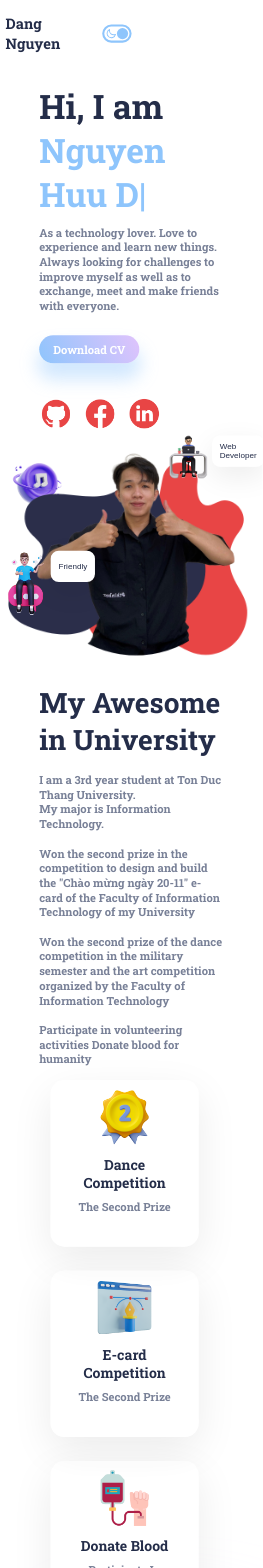
Repository: huudang2840/my_portfolio
Page: /
The author's editor kept a copy of each file at every save. The page is drawn from the files as they stood at one save, then again after the next save.
The browser window is 375 px wide. The pictures show the part of the page from y = 0 to 2240 px (the page is 5728 px tall), at 70% of full size.
The project was rebuilt for these pictures with package versions that can differ from the ones it lists, and the page was loaded fresh each time.

Above is the page before, as saved 2022-06-12 01:06:28.

### public/index.html
<!DOCTYPE html>
<html lang="en">
  <head>
    <meta charset="utf-8" />
    <meta name="viewport" content="width=device-width, initial-scale=1" />
    <meta name="theme-color" content="#000000" />
    <meta name="description" content="Web site created using create-react-app" />
    <link rel="preconnect" href="https://fonts.googleapis.com" />
    <link rel="preconnect" href="https://fonts.gstatic.com" crossorigin />
    <link
      href="https://fonts.googleapis.com/css2?family=Roboto+Slab:wght@700&display=swap"
      rel="stylesheet"
    />
    <style>
      * {
        font-family: "Roboto Slab", serif;
        font-weight: normal;
        font-style: 20px;
      }
      body {
        margin: 0;
      }
    </style>
    <!--
      manifest.json provides metadata used when your web app is installed on a
      user's mobile device or desktop. See https://developers.google.com/web/fundamentals/web-app-manifest/
    -->
    <!--
      Notice the use of %PUBLIC_URL% in the tags above.
      It will be replaced with the URL of the `public` folder during the build.
      Only files inside the `public` folder can be referenced from the HTML.

      Unlike "/favicon.ico" or "favicon.ico", "%PUBLIC_URL%/favicon.ico" will
      work correctly both with client-side routing and a non-root public URL.
      Learn how to configure a non-root public URL by running `npm run build`.
    -->
    <title>React App</title>
  </head>
  <body>
    <noscript>You need to enable JavaScript to run this app.</noscript>
    <div id="root"></div>
    <!--
      This HTML file is a template.
      If you open it directly in the browser, you will see an empty page.

      You can add webfonts, meta tags, or analytics to this file.
      The build step will place the bundled scripts into the <body> tag.

      To begin the development, run `npm start` or `yarn start`.
      To create a production bundle, use `npm run build` or `yarn build`.
    -->
  </body>
</html>

### src/Components/Navbar/Navbar.jsx
import React from "react";
import "./Navbar.css";
import Toggle from "../Toggle/Toggle";
import { Link } from "react-scroll";

const Navbar = () => {
  return (
    <div className="n-wrapper">
      <div className="n-left">
        <div className="n-name">Dang Nguyen</div>
        <Toggle />
      </div>
      <div className="n-right">
        <div className="n-list">
          <ul style={{ listStyle: "none" }}>
            <Link spy={true} to="Navbar" smooth={true} activeClass="activeClass">
              <li className="n-item">Home</li>
            </Link>
            <Link spy={true} to="Introduce" smooth={true}>
              <li className="n-item">Introduce</li>
            </Link>
            <Link spy={true} to="Skills" smooth={true}>
              <li className="n-item">Skills</li>
            </Link>
            <Link spy={true} to="Project" smooth={true}>
              <li className="n-item">Projects</li>
            </Link>
          </ul>
        </div>
        <Link spy={true} to="Contact" smooth={true}>
          <button className="button n-button">Contact</button>
        </Link>
      </div>
    </div>
  );
};

export default Navbar;

### src/App.css
:root {
  --yellow: #f5c32c;
  --orange: #fca61f;
  --black: #242d49;
  --gray: #788097;
  --blue: #8ec5fc;
  --blueCard2: #6eb2f7;
  --blueCard: #ddf8fe;
  --purple: rgb(238 210 255);
  --boxShadow: 0px 19px 60px rgb(0 0 0 / 8%);
  --orangeCard: rgba(252, 166, 31, 0.45);
  --smboxShadow: -79px 51px 60px rgba(0, 0, 0, 0.08);
}

.App {
  padding: 0.5rem 3.5rem;
  overflow: hidden;
  color: var(--black);
}

.button {
  border-radius: 34px;
  border: none;
  color: white;
  font-size: 16px;
  padding: 10px 20px;
  background: linear-gradient(62deg, #8ec5fc 0%, #e0c3fc 100%);
  box-shadow: 0px 20px 24px 3px #8ec5fc65;
}

.button:hover {
  background: white;
  cursor: pointer;
  color: var(--blue);
  border: 1px solid var(--blue);
}

@media screen and (max-width: 480px) {
  .App {
    padding: 0.5rem;
  }
}

### src/Components/Introduce/Introduce.jsx
import React from "react";
import "./Introduce.css";
import Card from "../Card/Card";

import Blood from "../../img/blood.png";
import Web from "../../img/web.png";
import secondPrize from "../../img/2nd.png";

import { motion } from "framer-motion";

import { themeContext } from "../../Context";
import { useContext } from "react";

const Introduce = () => {
  const theme = useContext(themeContext);
  const darkMode = theme.state.darkMode;
  const transition = { duration: 2, type: "spring" };

  return (
    <div className="introduce" id="Introduce">
      {/* Bên trái */}
      <div className="infor">
        <span style={{ color: darkMode ? "white" : "" }}>My Awesome</span>
        <span>in University</span>
        <span>
          <br />
          I am a 3rd year student at Ton Duc Thang University.
          <br />
          My major is Information Technology.
          <br />
          <br />
          Won the second prize in the competition to design and build the "Chào mừng ngày 20-11"
          e-card of the Faculty of Information Technology of my University
          <br />
          <br />
          Won the second prize of the dance competition in the military semester and the art
          competition organized by the Faculty of Information Technology
          <br />
          <br />
          Participate in volunteering activities Donate blood for humanity
        </span>
      </div>
      {/* Bên phải */}
      <div className="cards">
        {/* Thẻ 1 */}
        <motion.div
          initial={{ right: "30%" }}
          whileInView={{ left: "20rem" }}
          style={{ top: "0" }}
          transition={transition}
        >
          <Card emoij={secondPrize} heading={"Dance Competition"} detail={"The Second Prize"} />
        </motion.div>
        {/* Thẻ 2 */}
        <motion.div
          initial={{ left: "-30%" }}
          whileInView={{ left: "1rem" }}
          style={{ top: "12rem" }}
          transition={transition}
        >
          <Card emoij={Web} heading={"E-card Competition"} detail={"The Second Prize"} />
        </motion.div>
        {/* Thẻ 3 */}
        <motion.div
          initial={{ right: "10%" }}
          whileInView={{ left: "19rem" }}
          style={{ top: "19rem" }}
          transition={transition}
        >
          <Card
            emoij={Blood}
            heading={"Donate Blood"}
            detail={"Participate In Volunteering Activities"}
          />
        </motion.div>

        <div
          className="blur in-blur-2"
          style={{ background: "var(--purple)", height: "20rem" }}
        ></div>
      </div>
    </div>
  );
};

export default Introduce;

### src/Components/Skills/Skill.jsx
import React from "react";
import "./Skill.css";

import html from "../../img/html.png";
import css from "../../img/css.png";
import js from "../../img/js.png";
import react from "../../img/react.png";
import nodejs from "../../img/nodejs.png";

import java from "../../img/java.png";
import sql from "../../img/sql.png";
import mongo from "../../img/mongoDB.png";

import { motion } from "framer-motion";
import { Link } from "react-scroll";
import { themeContext } from "../../Context";
import { useContext } from "react";

const Skill = () => {
  const transition = { duration: 3, type: "spring" };
  const theme = useContext(themeContext);
  const darkMode = theme.state.darkMode;

  return (
    <div className="skill" id="Skills">
      {/* Bên trái */}
      <div className="infor">
        <span style={{ color: darkMode ? "white" : "" }}>Technical</span>
        <span>Skills</span>
        <span>
          <br />
          <b style={{ color: darkMode ? "white" : "black" }}>Development: </b>
          <br />
          HTML, CSS, JavaScript, Nodejs, Reactjs, Java
          <br />
          <br />
          <b style={{ color: darkMode ? "white" : "black" }}>Database: </b>
          <br />
          MongoDB, SQL
          <br />
        </span>
        <Link spy={true} to="Contact" smooth={true}>
          <button className="button in-button">Contact</button>
        </Link>
      </div>
      {/* Bên phải */}

      <div className="sk-right">
        <motion.div
          initial={{ rotate: 60 }}
          whileInView={{ rotate: 0 }}
          viewport={{ margin: "-40px" }}
          transition={{ duration: 3.5, type: "spring" }}
          className="sk-mainCircle"
        >
          <div className="sk-secCircle">
            <img src={css} alt="" />
          </div>
          <div className="sk-secCircle">
            <img src={html} alt="" />
          </div>
          <div className="sk-secCircle">
            <img src={js} alt="" />
          </div>
          <div className="sk-secCircle">
            <img src={react} alt="" />
          </div>
          <div className="sk-secCircle">
            <img src={nodejs} alt="" />
          </div>
        </motion.div>
        {/* bg Circle */}
        <div className="sk-backCircle blueCircle"></div>
        <div className="sk-backCircle redCircle"></div>
        <motion.img
          initial={{ top: "-10%", left: "40%" }}
          whileInView={{ top: "25%", left: "-18%" }}
          transition={transition}
          src={java}
          alt=""
        />
        <motion.img
          initial={{ top: "0%", left: "30%" }}
          whileInView={{ top: "55%", left: "5%" }}
          transition={transition}
          src={sql}
          alt=""
        />
        <motion.img
          initial={{ top: "-10%", left: "50%" }}
          whileInView={{ top: "-5%", left: "10%" }}
          transition={transition}
          src={mongo}
          alt=""
        />
      </div>
    </div>
  );
};

export default Skill;

### src/Components/Project/Project.jsx
import React from "react";
import "./Project.css";
import { Swiper, SwiperSlide } from "swiper/react";
import eCard from "../../img/20-11.png";
import musicApp from "../../img/music-app.png";
import shopeeClone from "../../img/shopee_clone.png";

import "swiper/swiper-bundle.min.css";
import "swiper/swiper.min.css";

import { themeContext } from "../../Context";
import { useContext } from "react";

import ProjectCard from "../ProjectCard/ProjectCard";

const Project = () => {
  const theme = useContext(themeContext);
  const darkMode = theme.state.darkMode;
  const widthScreen = window.screen.availWidth;
  const projects = [
    {
      title: "E-Card 'Chào Mừng 20-11'",
      link: "https://sixters19050401.github.io/",
      img: eCard,
    },
    {
      title: "Music App",
      link: "https://huudang2840.github.io/music-player/",
      img: musicApp,
    },
    {
      title: "Shopee Clone UI",
      link: "https://huudang2840.github.io/shopee_clone/",
      img: shopeeClone,
    },
  ];

  return (
    <div className="project" id="Project">
      {/* Heading */}
      <span style={{ color: darkMode ? "white" : "" }}>
        My <span style={{ color: "var(--redPrimary)" }}>Projects</span>
      </span>

      {/* Slider */}

      <Swiper
        height={30}
        spaceBetween={30}
        slidesPerView={widthScreen <= 480 ? 1 : 3}
        grabCursor={true}
        className="project-slider"
      >
        {projects.map((p, index) => {
          return (
            <SwiperSlide key={index}>
              <ProjectCard link={p.link} img={p.img} darkMode={darkMode} title={p.title} />
            </SwiperSlide>
          );
        })}
      </Swiper>
    </div>
  );
};

export default Project;

### src/Components/Contact/Contact.jsx
import React, { useRef, useState } from "react";
import "./Contact.css";
import "../Introduce/Introduce";
import emailjs from "@emailjs/browser";
import { themeContext } from "../../Context";
import { useContext } from "react";

const Contact = () => {
  const form = useRef();
  const [done, setDone] = useState(false);

  const theme = useContext(themeContext);
  const darkMode = theme.state.darkMode;

  const sendEmail = (e) => {
    e.preventDefault();

    emailjs.sendForm("service_mpucvz5", "template_bf8vzpv", form.current, "5KF476gcvLuOiv28W").then(
      (result) => {
        console.log(result.text);
        setDone(true);
      },
      (error) => {
        console.log(error.text);
      }
    );
  };

  return (
    <div className="contact" id="Contact">
      {/* Left */}
      <div className="c-left">
        <span style={{ color: darkMode ? "white" : "" }}>Get in touch</span>
        <span>Contact me</span>
        <div className="blur c-blur1" style={{ background: "#ABF1FF94" }}></div>
      </div>
      {/* Right */}

      <div className="c-right">
        <form ref={form} onSubmit={sendEmail}>
          <input className="user" type="text" name="user_name" placeholder="Name" />
          <input className="user" type="email" name="user_email" placeholder="Email" />
          <textarea className="user" type="text" name="message" placeholder="Message" />
          <input type="submit" value="Send" className="button" />
          <span className="c-thanks">{done && "Thank you, I got your email! <3"}</span>
          <div className="blur c-blur1" style={{ background: "var(--purple)" }}></div>
        </form>
      </div>
    </div>
  );
};

export default Contact;

### src/Components/Footer/Footer.jsx
import React from "react";
import "./Footer.css";

import Facebook from "@iconscout/react-unicons/icons/uil-facebook";
import Github from "@iconscout/react-unicons/icons/uil-github";
import Email from "@iconscout/react-unicons/icons/uil-envelope";
import LinkedIn from "@iconscout/react-unicons/icons/uil-linkedin";

const Footer = () => {
  return (
    <div className="footer">
      <div className="f-content">
        <span>dangnguyen2842@gmail.com</span>
        <div className="f-icons">
          <a
            target="_blank"
            rel="noreferrer"
            href="mailto:dangnguyen2842@gamil.com?"
            style={{ color: "white" }}
          >
            <Email size="3rem"></Email>
          </a>
          <a
            target="_blank"
            rel="noreferrer"
            href="https://www.facebook.com/dangdang.28/"
            style={{ color: "white" }}
          >
            <Facebook size="3rem"></Facebook>
          </a>
          <a
            target="_blank"
            rel="noreferrer"
            href="https://github.com/huudang2840"
            style={{ color: "white" }}
          >
            <Github size="3rem"></Github>
          </a>

          <a
            target="_blank"
            rel="noreferrer"
            href="https://www.linkedin.com/in/đăng-nguyễn-7a4b04240/"
            style={{ color: "white" }}
          >
            <LinkedIn size="3rem"></LinkedIn>
          </a>
        </div>
      </div>
    </div>
  );
};

export default Footer;

### src/Components/Navbar/Navbar.css
.n-wrapper {
  height: 10vh;
  display: flex;
  justify-content: space-between;
}

.n-left {
  flex: 1;
  align-items: center;
  display: flex;
  gap: 2rem;
}

.n-name {
  font-size: 1.3rem;
  font-weight: bold;
}

.n-right {
  display: flex;
  flex: 1;
  align-items: center;
  justify-content: center;
}

.n-list {
  flex: 10;
}

.n-list > ul {
  display: flex;
  gap: 4rem;
  margin-right: 4rem;
  cursor: pointer;
}

.n-item:hover {
  cursor: pointer;
  color: var(--redPrimary);
}

.n-button {
  flex: 2;
}

@media screen and (max-width: 480px) {
  .n-list {
    display: none;
  }
  .n-button {
    display: none;
  }
}

### src/Components/Toggle/Toggle.jsx
import React from "react";
import "./Toggle.css";
import Sun from "@iconscout/react-unicons/icons/uil-sun";
import Moon from "@iconscout/react-unicons/icons/uil-moon";
import { themeContext } from "../../Context";
import { useContext } from "react";

const Toggle = () => {
  const theme = useContext(themeContext);
  const darkMode = theme.state.darkMode;
  const handleClick = () => {
    theme.dispatch({ type: "toggle" });
  };
  return (
    <div className="toggle" onClick={handleClick}>
      <Moon />
      <Sun />
      <div className="t-button" style={darkMode ? { left: "2px" } : { right: "2px" }}></div>
    </div>
  );
};

export default Toggle;

### src/Components/Intro/Intro.css
.intro {
  display: flex;
  height: 77vh;
  margin-top: 10rem;
  padding: 0 3rem 0 3rem;
}
.i-left {
  display: flex;
  position: relative;
  flex: 1;
  flex-direction: column;
  gap: 2rem;
}
.i-name {
  display: flex;
  flex-direction: column;
}

.i-name > :nth-child(1) {
  color: var(--black);
  font-weight: bold;
  font-size: 3rem;
}
.i-name > :nth-child(2) {
  color: var(--blue);
  font-weight: bold;
  font-size: 3rem;
}
.i-name > :nth-child(3) {
  font-weight: 100;
  font-size: 15 px;
  color: var(--gray);
  margin-top: 10px;
  max-width: 80%;
}
.i-button {
  height: 2.5rem;
}
.i-icons {
  margin-top: 1rem;
  display: flex;
  gap: 0rem;
}
.i-icons > a > img {
  margin-right: 15px;
  max-height: 3rem;
}
.i-icons > a > img:hover {
  cursor: pointer;
}
.i-right {
  flex: 1;
  position: relative;
}

.i-right > * {
  position: absolute;
  z-index: 1;
}

.i-right > :nth-child(1) {
  z-index: 2;
  transform: scale(0.9);
  top: -15%;
}

.i-right > :nth-child(2) {
  z-index: 1;
  transform: scale(0.9);
  left: 8rem;
  top: -15%;
}

.i-right > :nth-child(3) {
  z-index: 3;
  transform: scale(0.9);
  left: 3.5rem;
  top: -26%;
}
.i-right > :nth-child(4) {
  transform: scale(0.5);
  border-radius: 50%;
  padding: 0;
}

.blur {
  position: absolute;
  width: 22rem;
  height: 14rem;
  border-radius: 50%;
  background: #edd0ff;
  z-index: -10;
  top: 18%;
  left: 56%;
  filter: blur(72px);
}

@media screen and (max-width: 480px) {
  .intro {
    flex-direction: column;
    margin-top: 2rem;
  }
  .i-right {
    transform: scale(0.8);
    left: -4rem;
  }

  .i-right .blur {
    display: none;
  }

  .i-name > :nth-child(1) {
    font-size: 3rem;
  }
  .i-name > :nth-child(2) {
    font-size: 3rem;
    min-height: 8rem;
  }
  .i-right {
    transform: scale(0.68);
    left: -7rem;
  }
  .i-dev {
    margin-left: 12rem;
  }
  .i-friendly {
    margin-left: 2rem;
    margin-top: 10rem;
  }
  .i-name > :nth-child(3) {
    max-width: 100%;
  }
}

### src/Components/FloatingDiv/FloatingDiv.jsx
import React from "react";
import "./Floating.css";
import { themeContext } from "../../Context";
import { useContext } from "react";

const FloatingDiv = ({ image, txt1 }) => {
  const theme = useContext(themeContext);
  const darkMode = theme.state.darkMode;
  return (
    <div className="f-wrapper">
      <img className="f-img" src={image} alt="" />
      <div className="floatingdiv">
        <span style={{ color: darkMode ? "black" : "" }}>{txt1}</span>
      </div>
    </div>
  );
};

export default FloatingDiv;

### src/Components/Introduce/Introduce.css
.introduce {
  display: flex;
  padding: 0 3rem 0 3rem;
  height: 90vh;
  margin-bottom: 8rem;
  margin-top: 5rem;
}

.infor {
  display: flex;
  flex: 1;
  flex-direction: column;
  position: relative;
}

.infor > :nth-child(1) {
  color: var(--black);
  font-size: 2.5rem;
  font-weight: bold;
}

.infor > :nth-child(2) {
  color: var(--redPrimary);
  font-size: 2.5rem;
  font-weight: bold;
}

.infor > :nth-child(3) {
  color: var(--gray);
  max-width: 80%;
}

.in-button {
  margin-top: 3rem;
  width: 10rem;
  height: 2.5rem;
}

.cards {
  flex: 1;
  position: relative;
}
.cards > * {
  position: absolute;
}
@media screen and (max-width: 480px) {
  .introduce {
    margin-top: 15rem;
    flex-direction: column;
    padding-bottom: 70vh;
  }
  .infor > :nth-child(3) {
    max-width: 100%;
  }
  .cards {
    display: flex;
    flex-direction: column;
    margin-top: 20px;
    margin-left: 1rem;
    gap: 17rem;
  }
  .cards > * {
    position: static;
  }
}

### src/Components/Card/Card.jsx
import React from "react";
import "./Card.css";

const Card = ({ emoij, heading, detail }) => {
  return (
    <div className="card">
      <img src={emoij} alt="" />
      <span>{heading}</span>
      <span>{detail}</span>
    </div>
  );
};

export default Card;

### src/Components/Skills/Skill.css
.skill {
  padding: 0 3rem 0 3rem;
  display: flex;
  height: 90vh;
  margin-top: 4rem;
}

.sk-right {
  flex: 1;
  position: relative;
}
.sk-right > img {
  position: absolute;
  max-width: 6rem;
}

.sk-mainCircle {
  left: 9rem;
  position: relative;
  width: 18rem;
  height: 18rem;
  border-radius: 100%;
  box-shadow: var(--smboxShadow);
  top: 2rem;
  background: white;
  z-index: 3;
}
.sk-mainCircle > * {
  position: absolute;
}

.sk-mainCircle > :nth-child(1) {
  top: -3rem;
  left: 6rem;
}

.sk-mainCircle > :nth-child(2) {
  top: 6rem;
  left: -2rem;
}
.sk-mainCircle > :nth-child(3) {
  top: 6rem;
  left: 6rem;
}
.sk-mainCircle > :nth-child(4) {
  top: 15rem;
  left: 5rem;
}

.sk-mainCircle > :nth-child(5) {
  top: 6rem;
  left: 13rem;
}

.sk-secCircle img {
  max-width: 4.7rem;
}
.sk-secCircle {
  width: 6rem;
  height: 6rem;
  position: absolute;
  border-radius: 100%;
  border: 1px solid #ebebeb;
  display: flex;
  align-items: center;
  justify-content: center;
  background: white;
  z-index: 3;
}

.sk-backCircle {
  position: absolute;
  height: 13rem;
  width: 13rem;
  z-index: 2;
  border-radius: 100%;
}
.blueCircle {
  background: var(--bluePrimary);
  left: 18rem;
  top: 0rem;
  z-index: 1;
}

.redCircle {
  background: var(--redPrimary);
  left: 18rem;
  z-index: 1;
  top: 8rem;
}
@media screen and (max-width: 480px) {
  .skill {
    flex-direction: column;
  }
  .sk-right {
    transform: scale(0.75);
  }
  .sk-mainCircle {
    left: 5rem;
  }
  .blueCircle {
    left: 14rem;
  }
  .redCircle {
    left: 14rem;
  }
}

### src/Components/Project/Project.css
.project {
  display: flex;
  align-items: center;
  justify-content: center;
  flex-direction: column;
  height: 70vh;
  padding-bottom: 10rem;
}

.project span:nth-child(1) {
  color: var(--black);
  font-size: 2.5rem;
  font-weight: bold;
}

.project .swiper {
  overflow: hidden !important;
}

.project-slider {
  margin-top: 3rem;
  width: 100%;
}

.project-slider .swiper-slide {
  width: 25rem;
}

.project img {
  width: 25rem;
  filter: drop-shadow(-12px 15px 13px rgba(0, 0, 0, 0.25));
  border-radius: 25px;
}

### src/Components/ProjectCard/ProjectCard.jsx
import React from "react";
import "./ProjectCard.css";

const ProjectCard = ({ link, img, darkMode, title }) => {
  return (
    <div className="p-wrapper">
      <a href={link} target="_blank" rel="noreferrer">
        <img src={img} alt="" style={{ height: "225px" }} />
      </a>
      <span style={{ color: darkMode ? "white" : "" }}>{title}</span>
    </div>
  );
};

export default ProjectCard;

### src/Components/Comment/Comment.css
.c-wapper {
  padding: 0 3rem 0 3rem;
  height: 100vh;
  display: flex;
  align-items: center;
  justify-content: center;
  margin-top: 7rem;
  flex-direction: column;
  gap: 2rem;
  position: relative;
}
.c-heading {
  align-self: start;
}
.c-heading > * {
  font-size: 2rem;
  font-weight: bold;
}
.c-heading span:nth-of-type(2) {
  color: var(--blue);
}

.c-blur1 {
  left: 55rem;
  top: 20rem;
}
.c-blur2 {
  top: 10rem;
  left: 0;
}
.comment {
  display: flex;
  flex-direction: column;
  align-items: center;
  justify-content: space-evenly;
  padding: 2rem;
  width: 40rem;
  height: 20rem;
  background: rgba(255, 255, 255, 0.26);
  border: 7px solid var(--blueCard);
  box-shadow: var(--boxShadow);
  border-radius: 20px;
}
.comment > img {
  width: 6rem;
  height: 6rem;
  border-radius: 100%;
}
.comment > span {
  color: var(--gray);
}

.c-wapper .swiper-container {
  width: 100%;
  height: 70%;
}

.c-wapper .swiper-slide {
  display: flex;
  align-items: center;
  justify-content: center;
}

.c-wapper .swiper-pagination-bullet-active {
  background: var(--blue);
}

### src/Components/Contact/Contact.css
.contact {
  padding: 0 3rem;
  display: flex;
  height: 80vh;
  margin-top: 5rem;
}

.c-left {
  display: flex;
  flex-direction: column;
  position: relative;
}

.c-left span:nth-child(1) {
  color: var(--black);
  font-size: 3rem;
  font-weight: bold;
}

.c-left span:nth-child(2) {
  color: var(--blue);
  font-size: 3rem;
  font-weight: bold;
}

.c-right {
  display: flex;
  justify-content: center;
  position: relative;
  flex: 1;
}

.c-right > form {
  display: flex;
  flex-direction: column;
  gap: 2rem;
  align-items: center;
}

.c-right .user {
  width: 20rem;
  height: 2rem;
  padding: 0.3rem;
  outline: none;
  border: 2px solid var(--blue);
  border-radius: 8px;
  font-size: 16px;
}

textarea {
  height: 4rem !important;
}

.c-blur1 {
  top: 5rem;
  left: 8rem;
}

.c-thanks {
  color: var(--redPrimary) !important;
  font-size: 20px;
}

@media screen and (max-width: 480px) {
  .contact {
    flex-direction: column;
    gap: 2rem;
  }
  .c-left > span:nth-child(1) {
    font-size: 40px;
  }
}

### src/Components/Footer/Footer.css
.footer {
  display: flex;
  height: 30vh;
  background: var(--bluePrimary);
  align-items: center;
  margin: -0.5rem -3.5rem;
  position: relative;
  margin-top: 7rem;
}

.f-content {
  position: absolute;
  display: flex;
  align-items: center;
  justify-content: center;
  flex-direction: column;
  width: 100%;
  gap: 2rem;
  color: white;
}

.f-icons {
  display: flex;
  width: 15rem;
  justify-content: space-around;
}
@media screen and (max-width: 480px) {
  .footer {
    height: 20vh;
  }
}

### src/Components/Toggle/Toggle.css
.toggle {
  display: flex;
  justify-content: space-between;
  border: 3px solid var(--blue);
  border-radius: 1rem;
  position: relative;
  padding: 2px;
  cursor: pointer;
}

.toggle > * {
  width: 1rem;
  height: 1rem;
  color: var(--blue);
}

.t-button {
  border-radius: 100%;
  background-color: var(--blue);
  position: absolute;
}

### src/Components/FloatingDiv/Floating.css
.f-wrapper {
  display: flex;
}
.floatingdiv {
  display: flex;
  height: 4rem;
  width: 100%;
  background: white;
  box-shadow: var(--boxShadow);
  border-radius: 17px;
  align-items: center;
  padding: 1px 16px;
  margin-left: 10px;
}

.f-img {
  max-width: 5rem;
}

.floatingdiv > span {
  font-family: sans-serif;
  font-size: 17px;
}

### src/Components/Card/Card.css
.card {
  width: 10rem;
  height: 13rem;
  position: absolute;
  display: flex;
  flex-direction: column;
  align-items: center;
  text-align: center;
  background: rgba(255, 255, 255, 0.26);
  border: 7px solid var(--redCard);
  border-radius: 20px;
  box-shadow: var(--boxShadow);
  padding: 0px 26px 30px 26px;
  gap: 0.2rem;
}
.card span:nth-of-type(1) {
  margin-top: 0.2rem;
  font-size: 20px;
}

.card span:nth-of-type(2) {
  margin-top: 0.5rem;
  color: var(--gray);
  font-size: 16px;
}
.card img {
  max-width: 6rem;
  margin-top: 0.3rem;
}

### src/Components/ProjectCard/ProjectCard.css
.p-wrapper {
  display: flex;
  flex-direction: column;
  align-items: center;
}

.p-wrapper span {
  margin-top: 20px;
  color: var(--bluePrimary);
  font-size: 20px;
}

Loaded but not shown: src/App.js (34 lines, source omitted); src/Context.js (21 lines, source omitted); src/index.js (15 lines, source omitted); src/Components/Intro/Intro.jsx (106 lines, source omitted); src/Components/Comment/Comment.jsx (65 lines, source omitted)

After the next save:
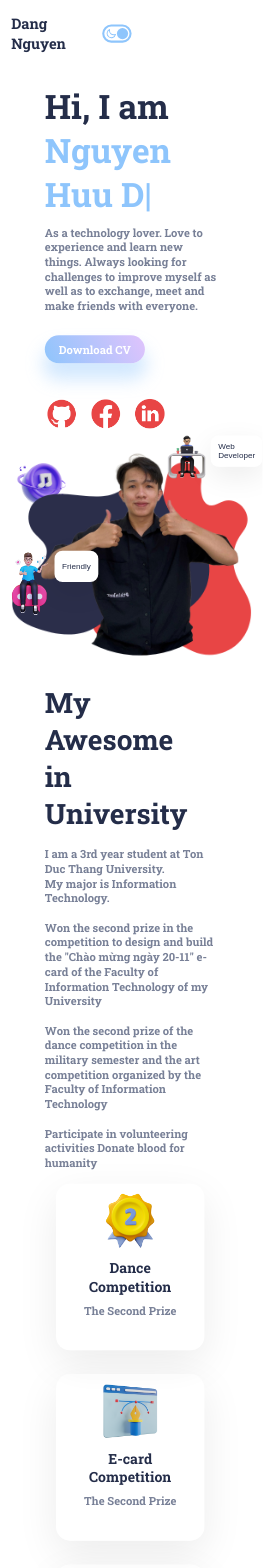
Saved 6 s later.
--- a/src/App.css
+++ b/src/App.css
@@ -37,6 +37,6 @@
 
 @media screen and (max-width: 480px) {
   .App {
-    padding: 0.5rem;
+    padding: 0.5rem 1rem;
   }
 }
